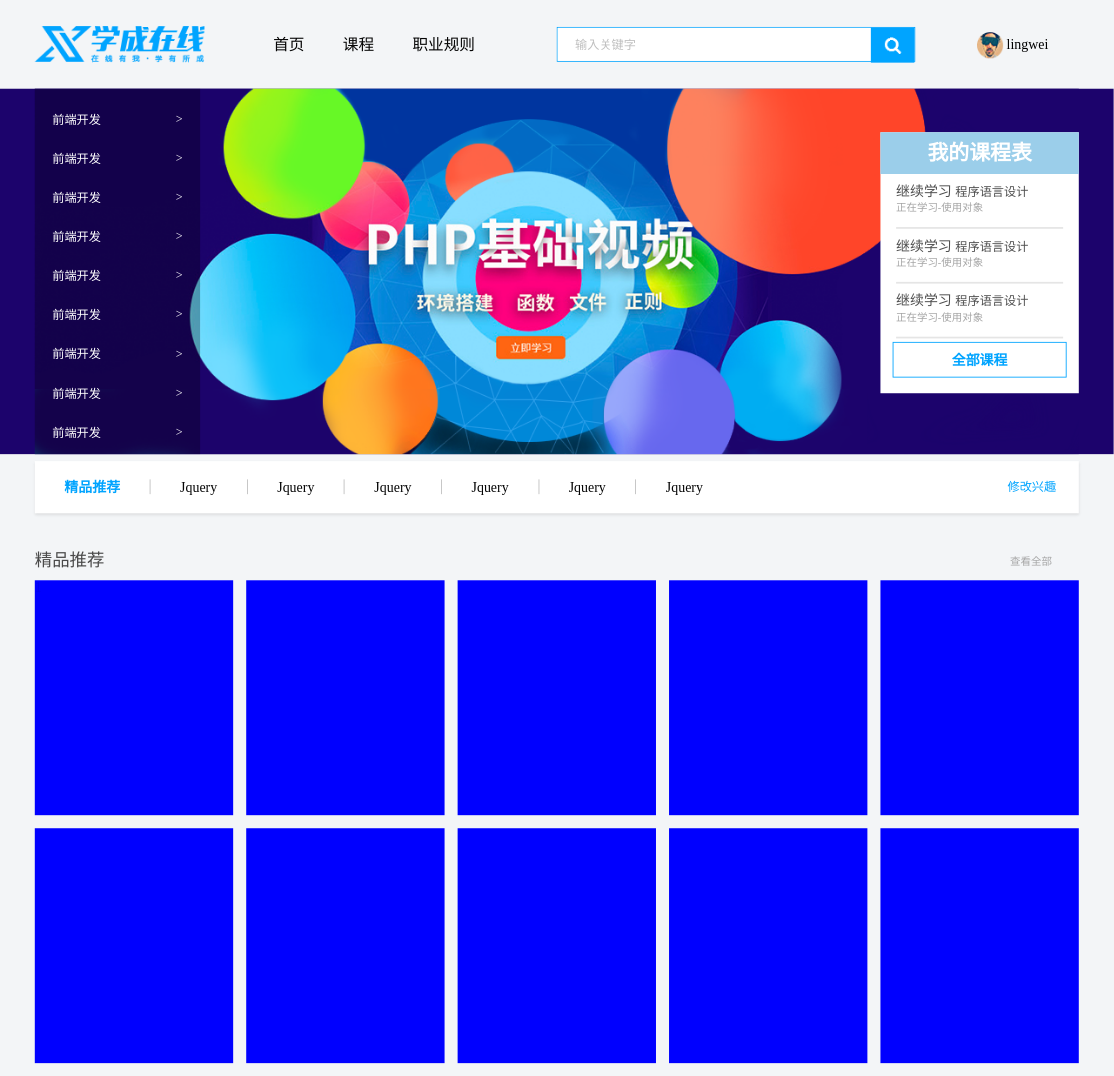
Repository: DengBiHua/xcdx
Page: index.html
These files come from the project's save history. The page is drawn as it stood at one moment and after the next save; the edit follows.
The browser window is 1280 px wide. The pictures show the whole page, at 87% of full size.

Above is the page before, as saved 2022-04-15 10:22:48.

After the next save:
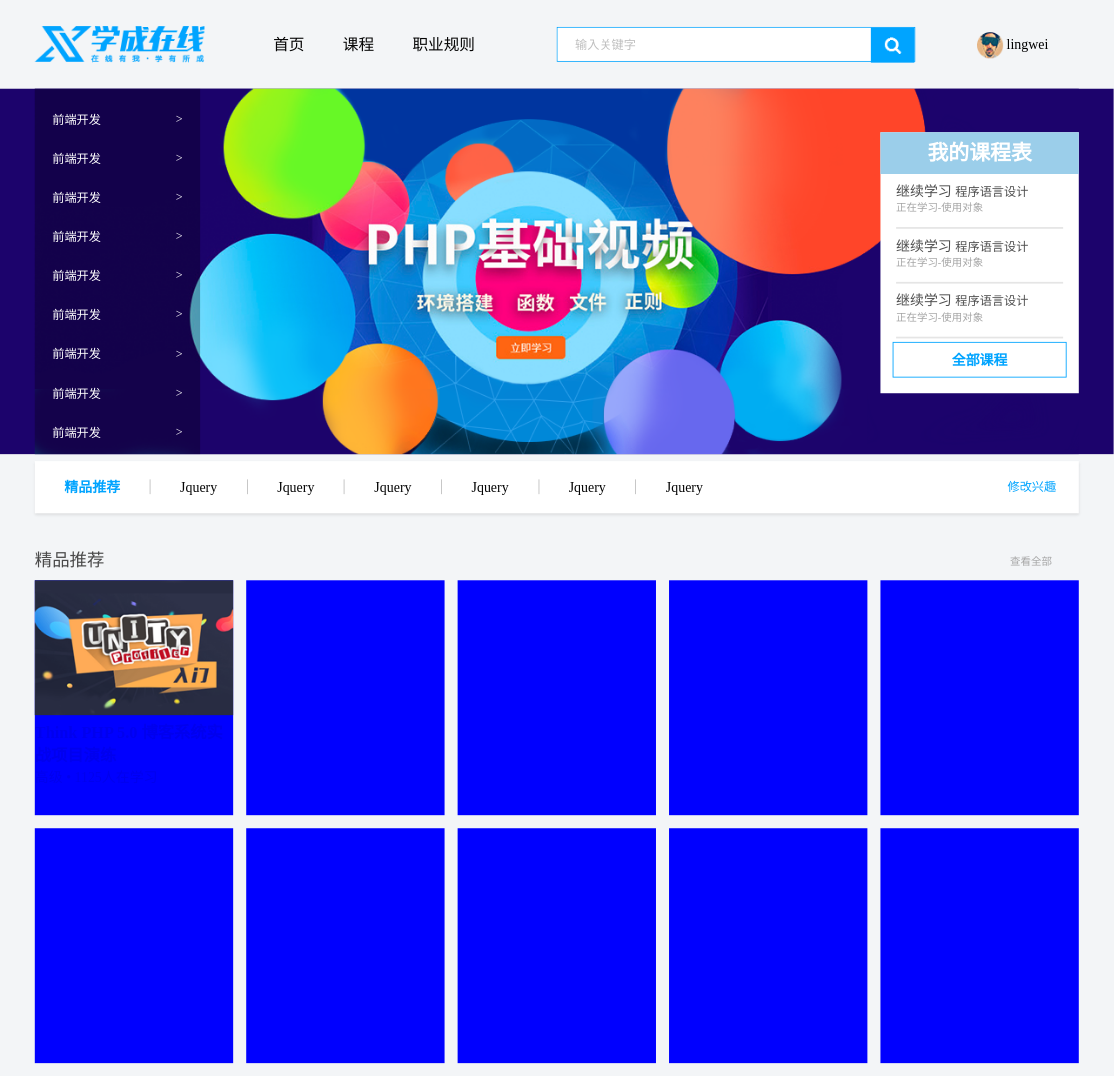
Saved 3 min 29 s later.
--- a/index.html
+++ b/index.html
@@ -98,7 +98,13 @@
         </div>
         <div class="content">
             <ul>
-                <li><a href="#">1</a></li>
+                <li>
+                    <a href="#">
+                        <img src="./images/course07.png" alt="">
+                        <h3>Think PHP 5.0 博客系统实战项目演练</h3>
+                        <p><span>高级</span>  •  1125人在学习</p>
+                    </a>
+                </li>
                 <li><a href="#"></a></li>
                 <li><a href="#"></a></li>
                 <li><a href="#"></a></li>
